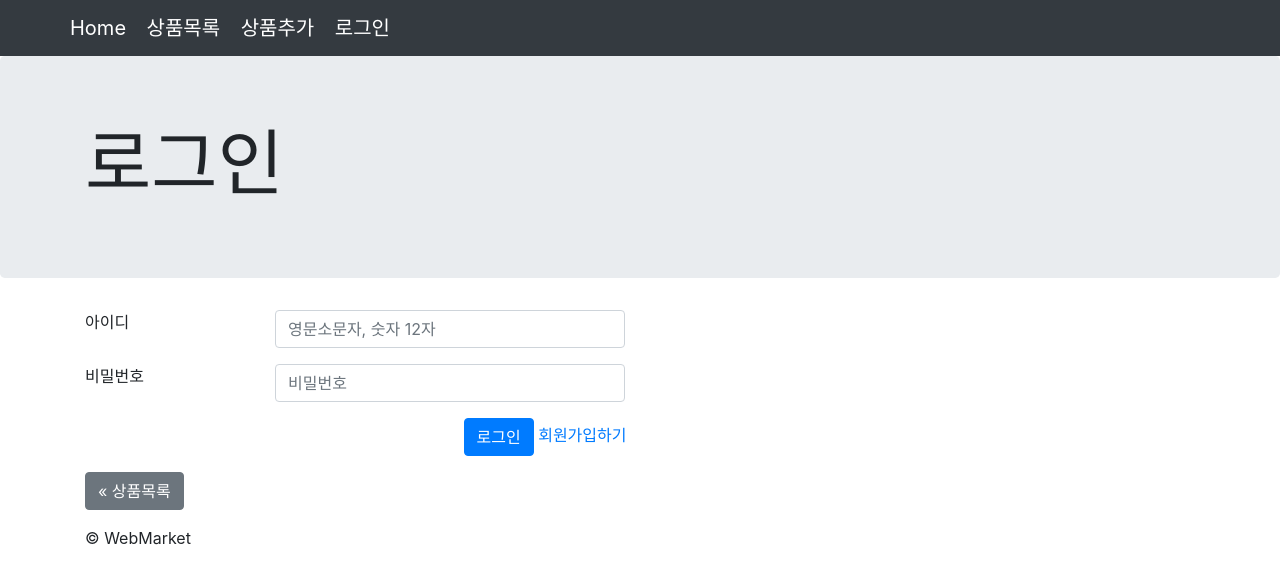
Repository: davisbyun/ai
Page: http://localhost/WebMarket/member/login.jsp
The author's editor kept a copy of each file at every save. The page is drawn from the files as they stood at one save, then again after the next save.
The browser window is 1280 px wide. The pictures show the whole page.
The page is served by Tomcat 9.

Above is the page before, as saved 2024-01-26 02:22:05.

After the next save:
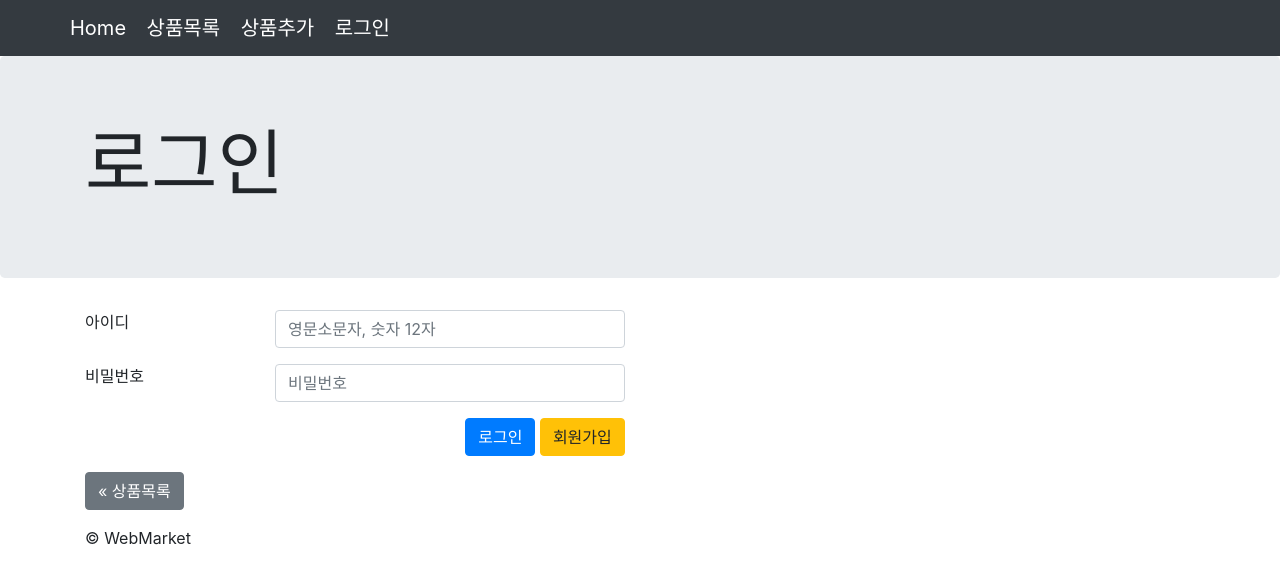
Saved 9 min 47 s later.
--- a/WebMarket/src/main/webapp/member/login.jsp
+++ b/WebMarket/src/main/webapp/member/login.jsp
@@ -35,7 +35,7 @@
                   <div class="form-group row">
             <div class="col-sm-offset-2  col-sm-10  col  text-center">
                 <input type="submit"  class="btn btn-primary f1" value="로그인" >
-               <a href="join.jsp"> 회원가입하기 </a>
+               <a href="join.jsp" class="btn btn-warning">  회원가입 </a>
             </div>
          </div>
 
